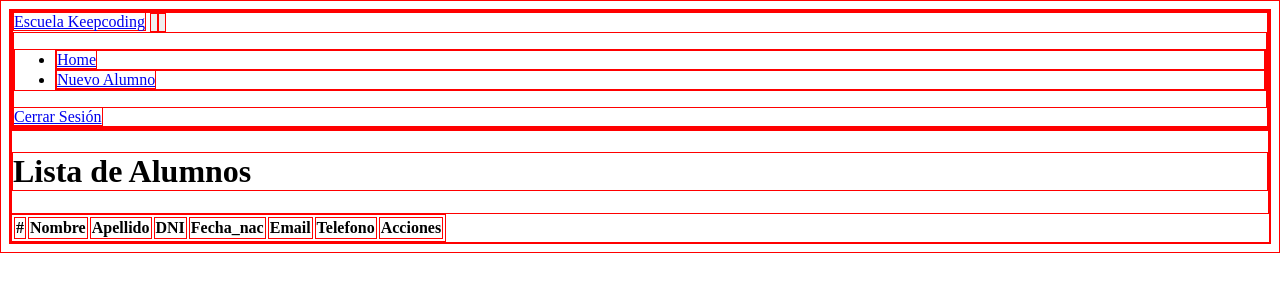
Repository: ChusmiPalos/EscuelaKeepcoding
Page: http://localhost/menu
The author's editor kept a copy of each file at every save. The page is drawn from the files as they stood at one save, then again after the next save.
The browser window is 1280 px wide. The pictures show the whole page.
The page is this project's Thymeleaf template; nobody is signed in. The template is opened directly, without the code that normally fills it, so the values that code supplies are empty.

Above is the page before, as saved 2024-07-06 22:45:55.

After the next save:
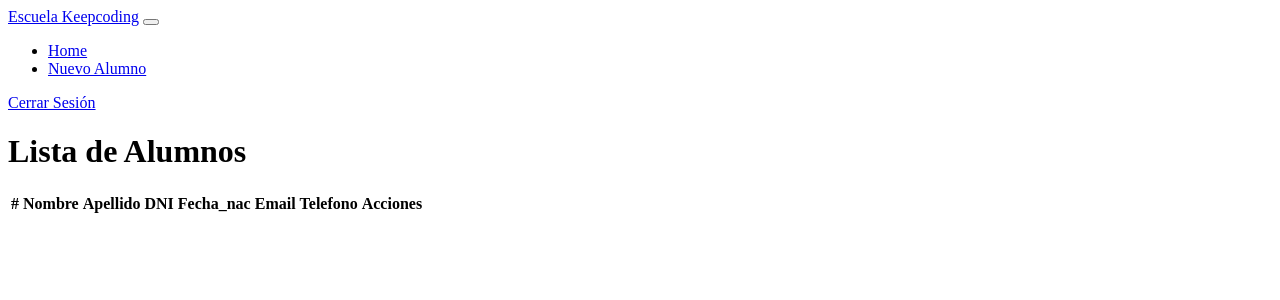
Saved 9 s later.
--- a/app-web-escuela/src/main/resources/templates/menu.html
+++ b/app-web-escuela/src/main/resources/templates/menu.html
@@ -9,11 +9,7 @@
 	integrity="sha384-QWTKZyjpPEjISv5WaRU9OFeRpok6YctnYmDr5pNlyT2bRjXh0JMhjY6hW+ALEwIH"
 	crossorigin="anonymous"> -->
 </head>
-<style>
-* {
-	border: 1px solid red;
-}
-</style>
+
 <body>
 	<div th:include="fragments/menu_navegacion :: menu"></div>
 
